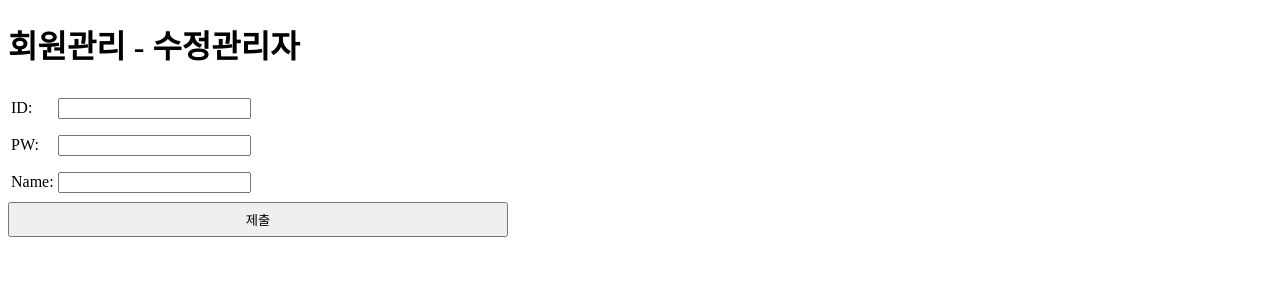
Repository: euniiee/test11
Page: http://localhost/Project/memChange.jsp
An editor plug-in stored every save of this project. The page is shown before and after the next save, followed by the edit.
The browser window is 1280 px wide. The pictures show the whole page.
The page is served by Tomcat 9.

Above is the page before, as saved 2023-02-01 03:24:32.

After the next save:
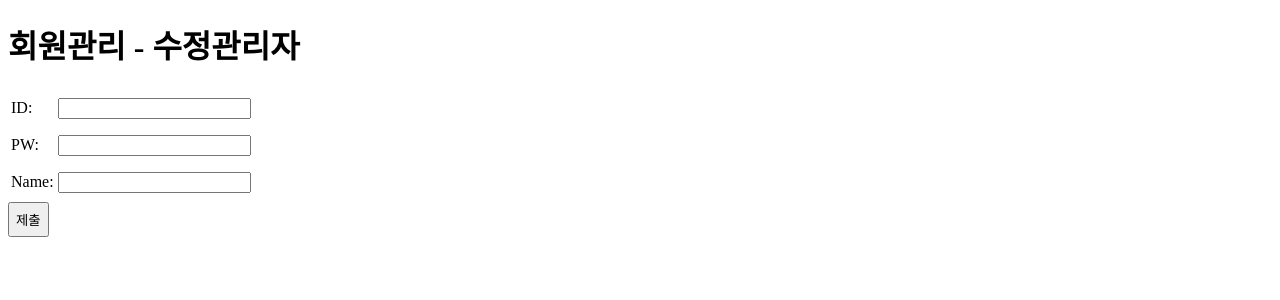
Saved 16 s later.
--- a/Project/WebContent/memChange.jsp
+++ b/Project/WebContent/memChange.jsp
@@ -32,7 +32,7 @@
 				<td><input style="width:100%;" type="text" class="name" name="name" required></td>
 			</tr>
 		</table>
-			<input class="submit" type="submit" value="제출" style="width:100%;  height:35px; margin-bottom:5px"><br>
+			<input class="submit" type="submit" value="제출" style="height:35px; margin-bottom:5px"><br>
 	</form>
 </body>
 </html>
